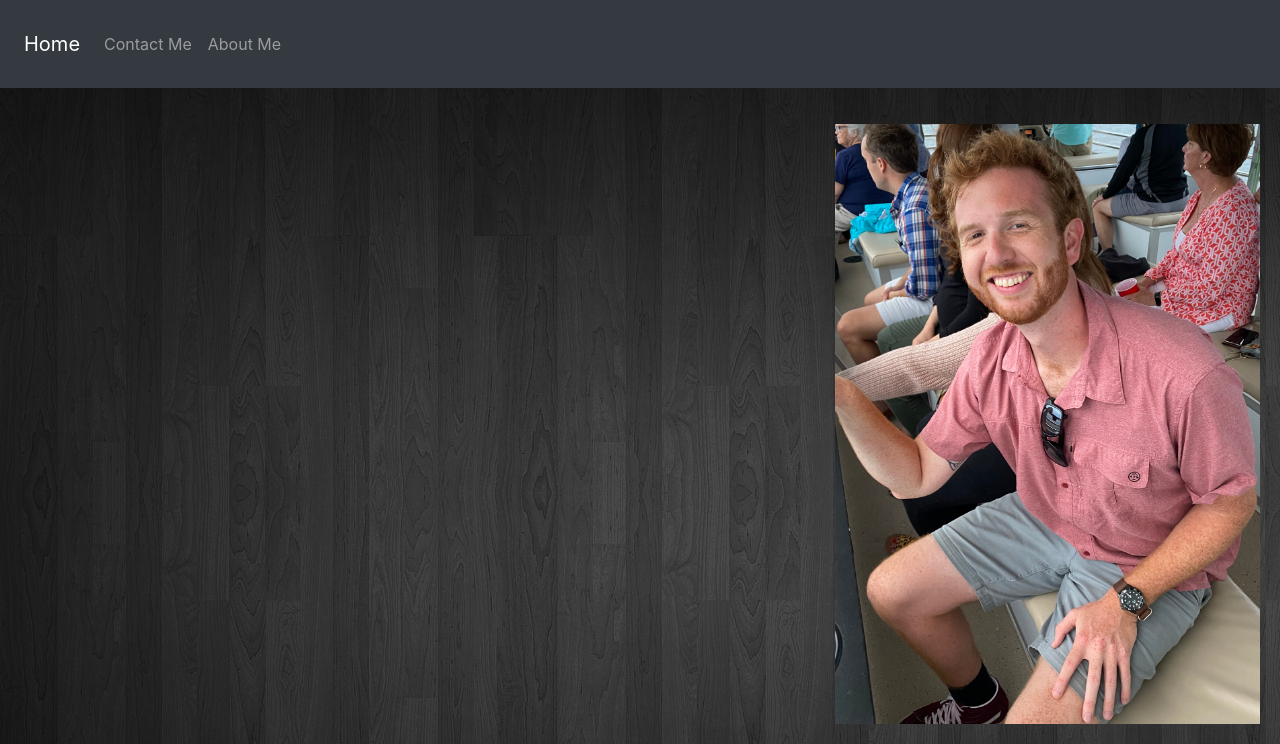
Repository: dupbd/portfolioWebPage
Page: BensSite/src/main/resources/static/aboutMe.html
These files come from the project's save history. The page is drawn as it stood at one moment and after the next save; the edit follows.
The browser window is 1280 px wide. The pictures show the whole page.

Above is the page before, as saved 2021-02-04 01:41:15.

After the next save:
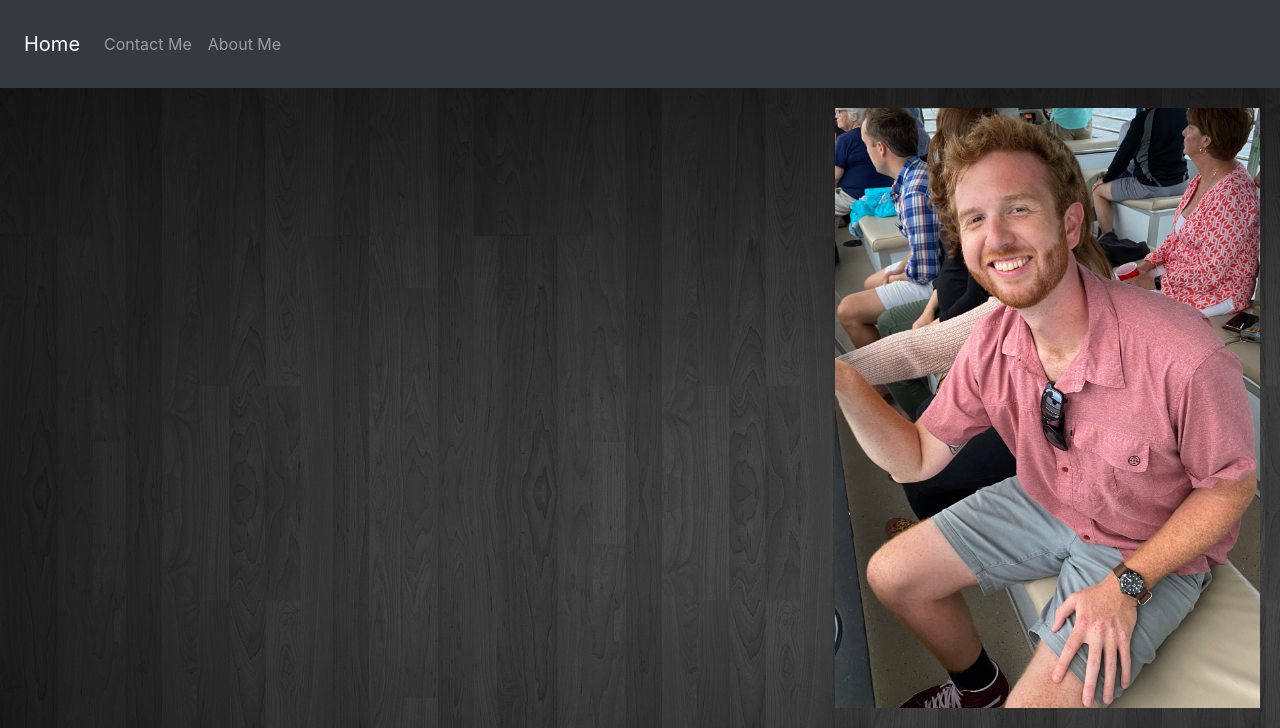
Saved 10 s later.
--- a/BensSite/src/main/resources/static/aboutMe.html
+++ b/BensSite/src/main/resources/static/aboutMe.html
@@ -25,7 +25,6 @@
   </div>
 </nav>
 
-<p class="aboutme"></p>
 
 
 <img class="me" src="me.jpeg" alt="It's Me" width="425" height="600" style="margin:20px; float:right;">
